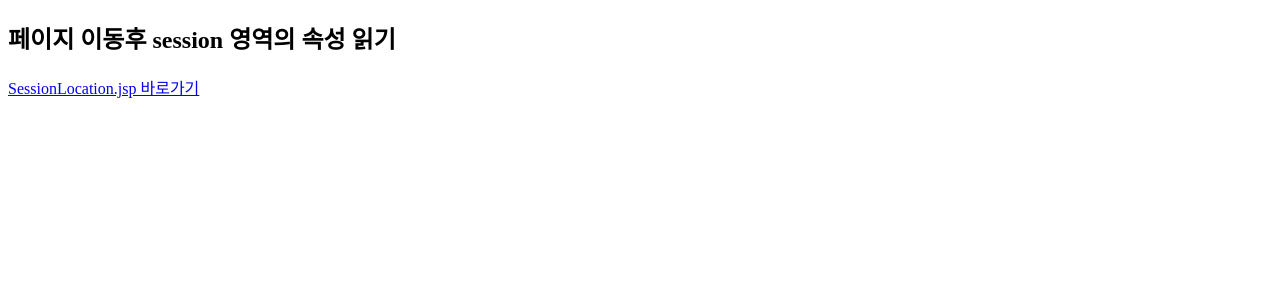
Repository: jjunyuongv/JSP_Servlet
Page: http://localhost/MustHHaveJSP/03Scope/SessionMain.jsp
These files come from the project's save history. The page is drawn as it stood at one moment and after the next save; the edit follows.
The browser window is 1280 px wide. The pictures show the whole page.
The page is served by Tomcat 10. Other server files are loaded and not shown.

Above is the page before, as saved 2025-05-07 08:49:33.

### MustHHaveJSP/src/main/webapp/03Scope/SessionMain.jsp
<%@page import="java.util.ArrayList"%>
<%@ page language="java" contentType="text/html; charset=UTF-8"
    pageEncoding="UTF-8"%>
<%
ArrayList<String> lists = new ArrayList<String>();
lists.add("리스트");
lists.add("컬렉션");
session.setAttribute("lists", lists);
%>

<!DOCTYPE html>
<html>
	<head>
	<meta charset="UTF-8">
	<title>session 영역</title>
	</head>
	<body>
		<h2>페이지 이동후 session 영역의 속성 읽기</h2>
		<a href="SessionLocation.jsp">SessionLocation.jsp 바로가기</a>
	</body>
</html>

After the next save:
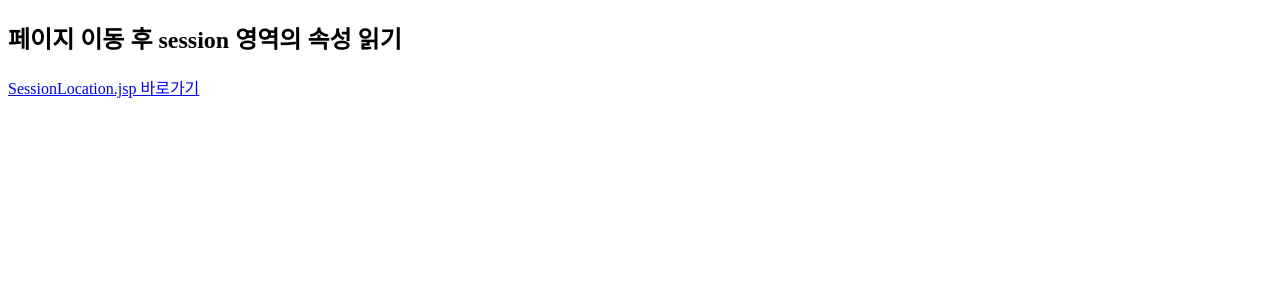
Saved 8 s later.
--- a/MustHHaveJSP/src/main/webapp/03Scope/SessionMain.jsp
+++ b/MustHHaveJSP/src/main/webapp/03Scope/SessionMain.jsp
@@ -2,12 +2,18 @@
 <%@ page language="java" contentType="text/html; charset=UTF-8"
     pageEncoding="UTF-8"%>
 <%
+/*
+session 영역 : 클라이언트가 웹 브라우저를 최초로 연 후 닫을때까지 요청되는
+	모든 페이지는 session영역을 공유할 수 있다. 즉 세션(Session)이란 클라이언트가
+	서버에 접속해 있는 상태 혹은 단위를 말한다.
+*/
+//ArrayList 컬렉션을 생성한 후 2개의 String 객체를 저장
 ArrayList<String> lists = new ArrayList<String>();
 lists.add("리스트");
 lists.add("컬렉션");
+//컬렉션을 통째로 session 영역에 저장
 session.setAttribute("lists", lists);
 %>
-
 <!DOCTYPE html>
 <html>
 	<head>
@@ -15,7 +21,8 @@ session.setAttribute("lists", lists);
 	<title>session 영역</title>
 	</head>
 	<body>
-		<h2>페이지 이동후 session 영역의 속성 읽기</h2>
+		<h2>페이지 이동 후 session 영역의 속성 읽기</h2>
+		<!-- 공유되는지 확인하기 위한 링크 -->
 		<a href="SessionLocation.jsp">SessionLocation.jsp 바로가기</a>
 	</body>
 </html>
